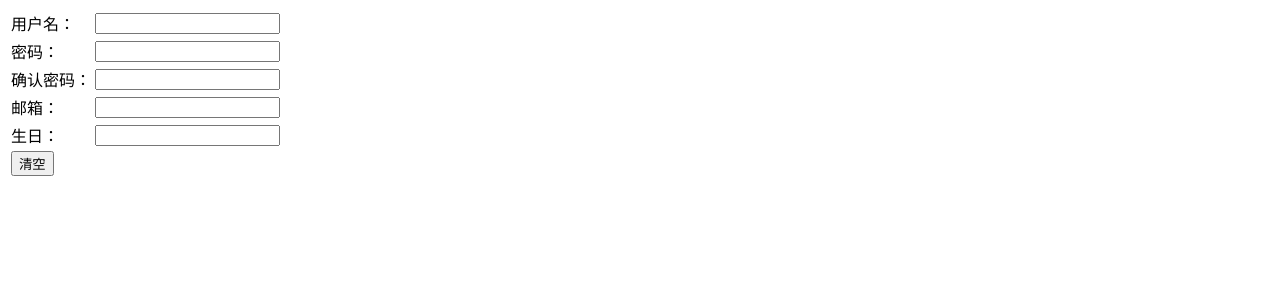
Repository: wsws1996/myproject
Page: http://localhost/day09_user/servlet/RegisterUIServlet
An editor plug-in stored every save of this project. The page is shown before and after the next save, followed by the edit.
The browser window is 1280 px wide. The pictures show the whole page.
The page is served by Tomcat 9.

Above is the page before, as saved 2015-11-18 14:45:11.

After the next save:
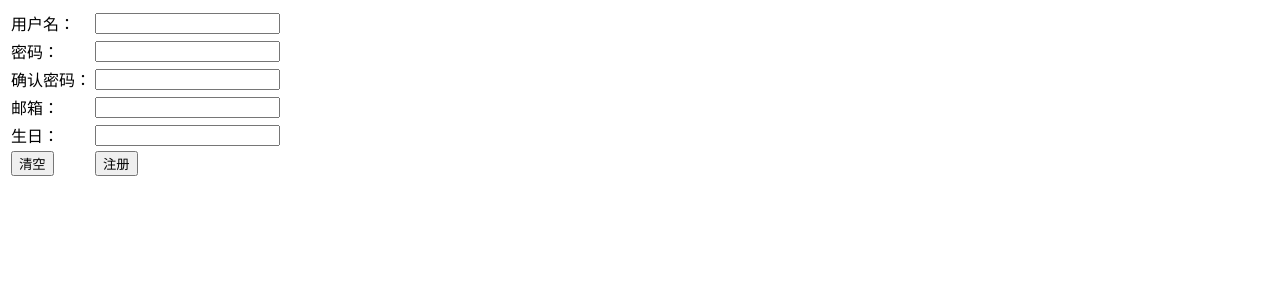
Saved 43 s later.
--- a/java/workspace/day09_user/WebRoot/WEB-INF/jsp/register.jsp
+++ b/java/workspace/day09_user/WebRoot/WEB-INF/jsp/register.jsp
@@ -32,7 +32,7 @@
 		</tr>
 		<tr>
 			<td><input type="reset" value="清空"></td>
-			<td></td>
+			<td><input type="submit" value="注册"></td>
 		</tr>
 	</table>
 </body>
